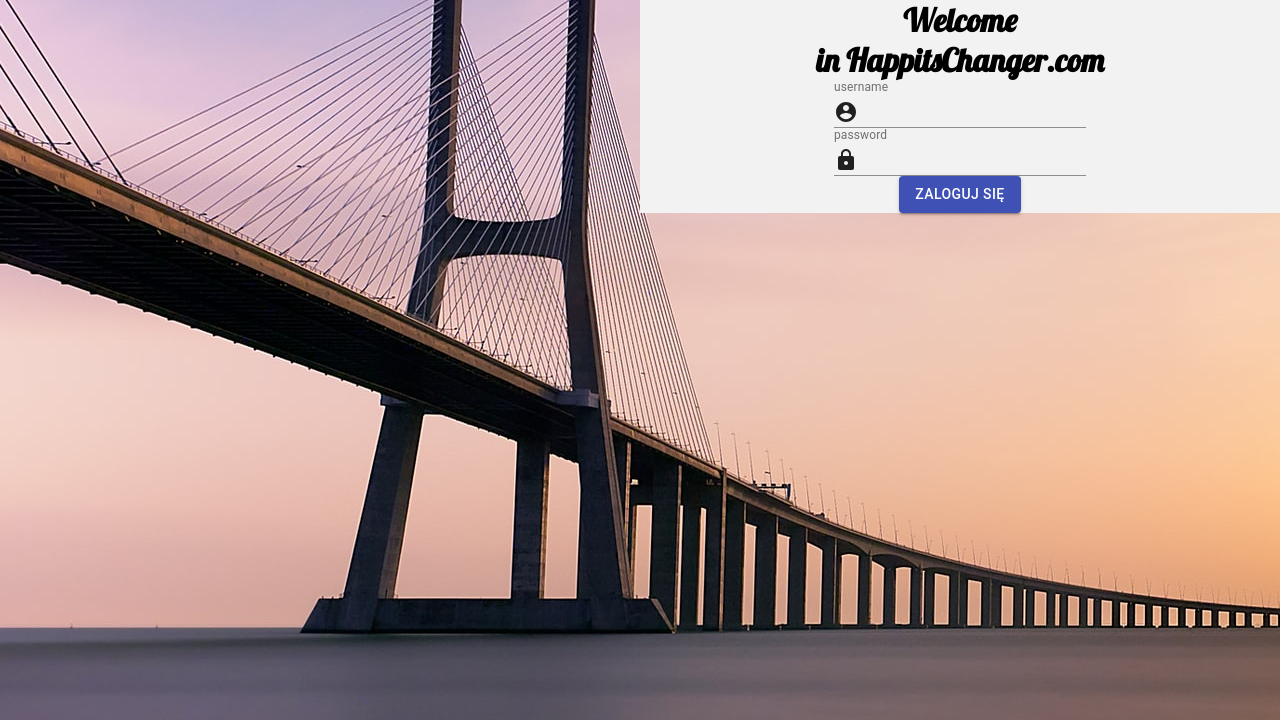
Repository: pgruca96/HappitsChanger
Page: /
An editor plug-in stored every save of this project. The page is shown before and after the next save, followed by the edit.
The browser window is 1280 px wide. The pictures show the whole page.
The project was rebuilt for these pictures with package versions that can differ from the ones it lists, and the page was loaded fresh each time.

Above is the page before, as saved 2020-10-25 15:24:22.

### public/index.html
<!DOCTYPE html>
<html lang="en">

<head>
  <meta charset="utf-8" />
  <link rel="icon" href="%PUBLIC_URL%/favicon.ico" />
  <meta name="viewport" content="width=device-width, initial-scale=1" />
  <meta name="theme-color" content="#000000" />
  <meta name="description" content="Web site created using create-react-app" />
  <link href="https://fonts.googleapis.com/css?family=Lobster" rel="stylesheet" type="text/css">
  <link rel="apple-touch-icon" href="%PUBLIC_URL%/logo192.png" />
  <!--
      manifest.json provides metadata used when your web app is installed on a
      user's mobile device or desktop. See https://developers.google.com/web/fundamentals/web-app-manifest/
    -->
  <link rel="manifest" href="%PUBLIC_URL%/manifest.json" />
  <!--
      Notice the use of %PUBLIC_URL% in the tags above.
      It will be replaced with the URL of the `public` folder during the build.
      Only files inside the `public` folder can be referenced from the HTML.

      Unlike "/favicon.ico" or "favicon.ico", "%PUBLIC_URL%/favicon.ico" will
      work correctly both with client-side routing and a non-root public URL.
      Learn how to configure a non-root public URL by running `npm run build`.
    -->
  <title>React App</title>
</head>

<body>
  <noscript>You need to enable JavaScript to run this app.</noscript>
  <div id="root"></div>
  <!--
      This HTML file is a template.
      If you open it directly in the browser, you will see an empty page.

      You can add webfonts, meta tags, or analytics to this file.
      The build step will place the bundled scripts into the <body> tag.

      To begin the development, run `npm start` or `yarn start`.
      To create a production bundle, use `npm run build` or `yarn build`.
    -->
</body>

</html>

### src/App.js
import "./App.css";
import { BrowserRouter as Router, Route } from "react-router-dom";
import LoginPage from "./containers/loginPage";

const App = () => {
  return (
    <div className="app">
      <Router>
        <Route path="/" exact component={LoginPage} />
      </Router>
    </div>
  );
};

export default App;

### src/App.css
*,
*::before,
*::after {
  margin: 0;
  padding: 0;
  box-sizing: border-box;
}

.app {
  min-width: 100vw;
  min-height: 100vh;
}

### src/containers/loginPage/index.js
import React from "react";
// import LoginFormContainer from "../loginPage/LoginFormContainer";
import { LoginPageContainer } from "../../styles/LoginPage";
import LoginForm from "../../components/form/index";
import Grid from "@material-ui/core/Grid";

const LoginPage = () => {
  return (
    <Grid container>
      <Grid item xs={12}>
        <LoginPageContainer>
          <Grid item xs={12} sm={6} alignContent>
            <LoginForm />
          </Grid>
        </LoginPageContainer>
      </Grid>
    </Grid>
  );
};

export default LoginPage;

### src/styles/LoginPage.js
import styled from "styled-components";
import background from "../assets/login-background.jpg";

export const LoginPageContainer = styled.div`
  display: flex;
  justify-content: flex-end;
  background: url(${background}) left;
  width: 100vw;
  height: 100vh;
`;

### src/components/form/index.js
import React from "react";
import TextField from "@material-ui/core/TextField";
import InputAdornment from "@material-ui/core/InputAdornment";
import AccountCircle from "@material-ui/icons/AccountCircle";
import LockIcon from "@material-ui/icons/Lock";
import Button from "@material-ui/core/Button";
import { useStyles } from "../../styles/Form";
import { Header } from "../../styles/h2";
import { ColumnCenter } from "../../styles/columnCenter";

const LoginForm = () => {
  const { form } = useStyles();
  return (
    <form className={form}>
      <Header>
        Welcome
        <br /> in HappitsChanger.com
      </Header>
      <ColumnCenter>
        <TextField
          id="username"
          label="username"
          placement="top"
          InputProps={{
            startAdornment: (
              <InputAdornment position="start">
                <AccountCircle />
              </InputAdornment>
            ),
          }}
        />
        <TextField
          id="password"
          label="password"
          InputProps={{
            startAdornment: (
              <InputAdornment position="start">
                <LockIcon />
              </InputAdornment>
            ),
          }}
        />
        <Button variant="contained" color="primary">
          Zaloguj się
        </Button>
      </ColumnCenter>
    </form>
  );
};

export default LoginForm;

### src/styles/Form.js
import { makeStyles } from "@material-ui/core/styles";

export const ColumnCenter = {
  display: "flex",
  flexDirection: "column",
  justifyContent: "center",
  alignItems: "center",
};

export const useStyles = makeStyles((theme) => ({
  form: {
    background: "#f2f2f2",
    display: "flex",
    flexDirection: "column",
    justifyContent: "center",
    alignItems: "center",
    // padding: theme.spacing(3, 6),
  },
  // margin: {
  //   margin: theme.spacing(3, 6),
  // },
}));

### src/styles/h2.js
import styled from "styled-components";

export const Header = styled.h2`
  font-family: Lobster, open-sans;
  font-size: 2rem;
  text-align: center;
`;

### src/styles/columnCenter.js
import styled from "styled-components";

export const ColumnCenter = styled.div`
  display: flex;
  flex-direction: column;
  justify-content: space-around;
  align-items: center;
`;

Loaded but not shown: src/index.js (common file); src/index.css (common file); src/reportWebVitals.js (common file)

After the next save:
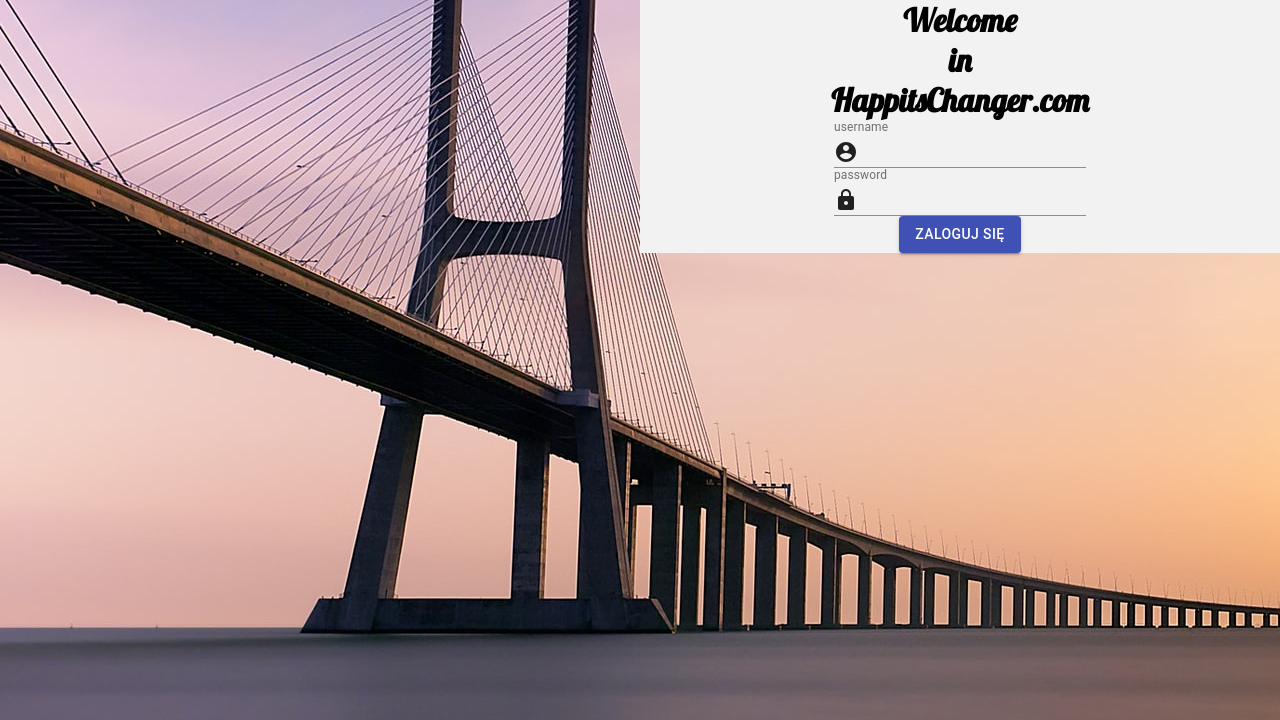
Saved 28 s later.
--- a/src/components/form/index.js
+++ b/src/components/form/index.js
@@ -14,7 +14,8 @@
     <form className={form}>
       <Header>
         Welcome
-        <br /> in HappitsChanger.com
+        <br /> in <br />
+        HappitsChanger.com
       </Header>
       <ColumnCenter>
         <TextField
